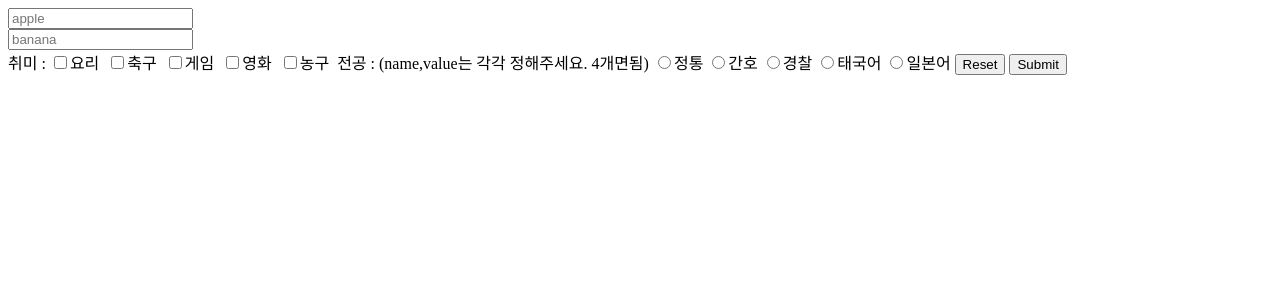
Repository: djdh94/jsp_practice
Page: http://localhost/JSPBasic/jspObject/1.requests/req_param_send.jsp
The author's editor kept a copy of each file at every save. The page is drawn from the files as they stood at one save, then again after the next save.
The browser window is 1280 px wide. The pictures show the whole page.
The page is served by Tomcat 9. Other server files are loaded and not shown.

Above is the page before, as saved 2022-02-03 06:43:45.

### JSPBasic/src/main/webapp/jspObject/1.requests/req_param_send.jsp
	<%@ page language="java" contentType="text/html; charset=UTF-8"
    pageEncoding="UTF-8"%>
<!DOCTYPE html>
<html>
<head>
<meta charset="UTF-8">
<title>Insert title here</title>
</head>
<body>

<%-- form의 action의 바로 목적지를 적는 부분임.
웹 개발에서는 받을 페이지 화면의 주소를 적어줌 --%>
	<form action="req_param_getpost.jsp" method="get">
		<input type="text" name="apple" placeholder="apple"/><br/>
		<input type="password" name="banana" placeholder="banana"/><br/>

		취미 :
		<input type="checkbox" name="hobby" value="요리">요리&nbsp;
		<input type="checkbox" name="hobby" value="축구">축구&nbsp;
		<input type="checkbox" name="hobby" value="게임">게임&nbsp;
		<input type="checkbox" name="hobby" value="영화">영화&nbsp;
		<input type="checkbox" name="hobby" value="농구">농구&nbsp;

		전공 : (name,value는 각각 정해주세요. 4개면됨)
		<input type="radio" name="major" value="정보통신">정통
		<input type="radio" name="major" value="간호">간호
		<input type="radio" name="major" value="경찰">경찰
		<input type="radio" name="major" value="태국어">태국어
		<input type="radio" name="major" value="일본어">일본어

		<input type="reset"/>
		<input type="submit"/>
	</form>
</body>
</html>

After the next save:
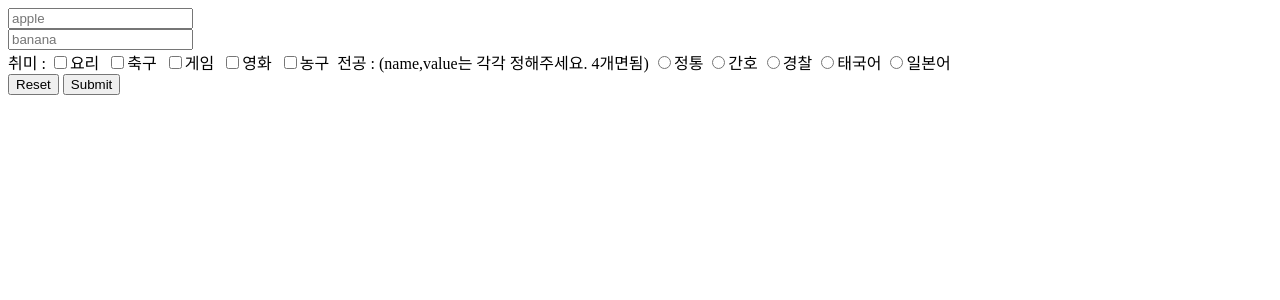
Saved 16 s later.
--- a/JSPBasic/src/main/webapp/jspObject/1.requests/req_param_send.jsp
+++ b/JSPBasic/src/main/webapp/jspObject/1.requests/req_param_send.jsp
@@ -26,7 +26,7 @@
 		<input type="radio" name="major" value="간호">간호
 		<input type="radio" name="major" value="경찰">경찰
 		<input type="radio" name="major" value="태국어">태국어
-		<input type="radio" name="major" value="일본어">일본어
+		<input type="radio" name="major" value="일본어">일본어<br/>
 
 		<input type="reset"/>
 		<input type="submit"/>
